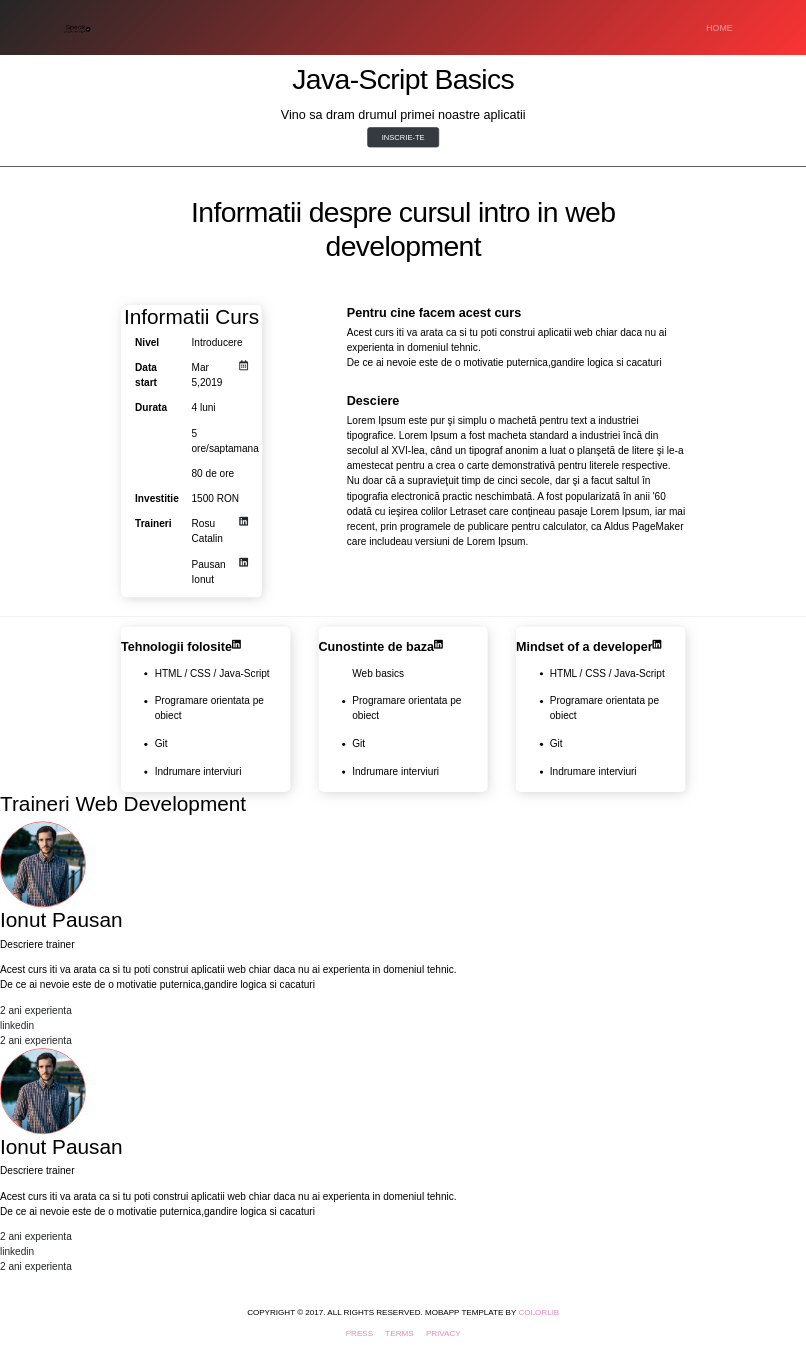
Repository: RosuCatalinDorin/ITSchool
Page: detaliiCurs/views/detalii-curs.html
These files come from the project's save history. The page is drawn as it stood at one moment and after the next save; the edit follows.
The browser window is 1280 px wide. The pictures show the whole page, at 63% of full size.
Some web libraries are served in a nearby version.

Above is the page before, as saved 2019-03-12 07:58:58.

After the next save:
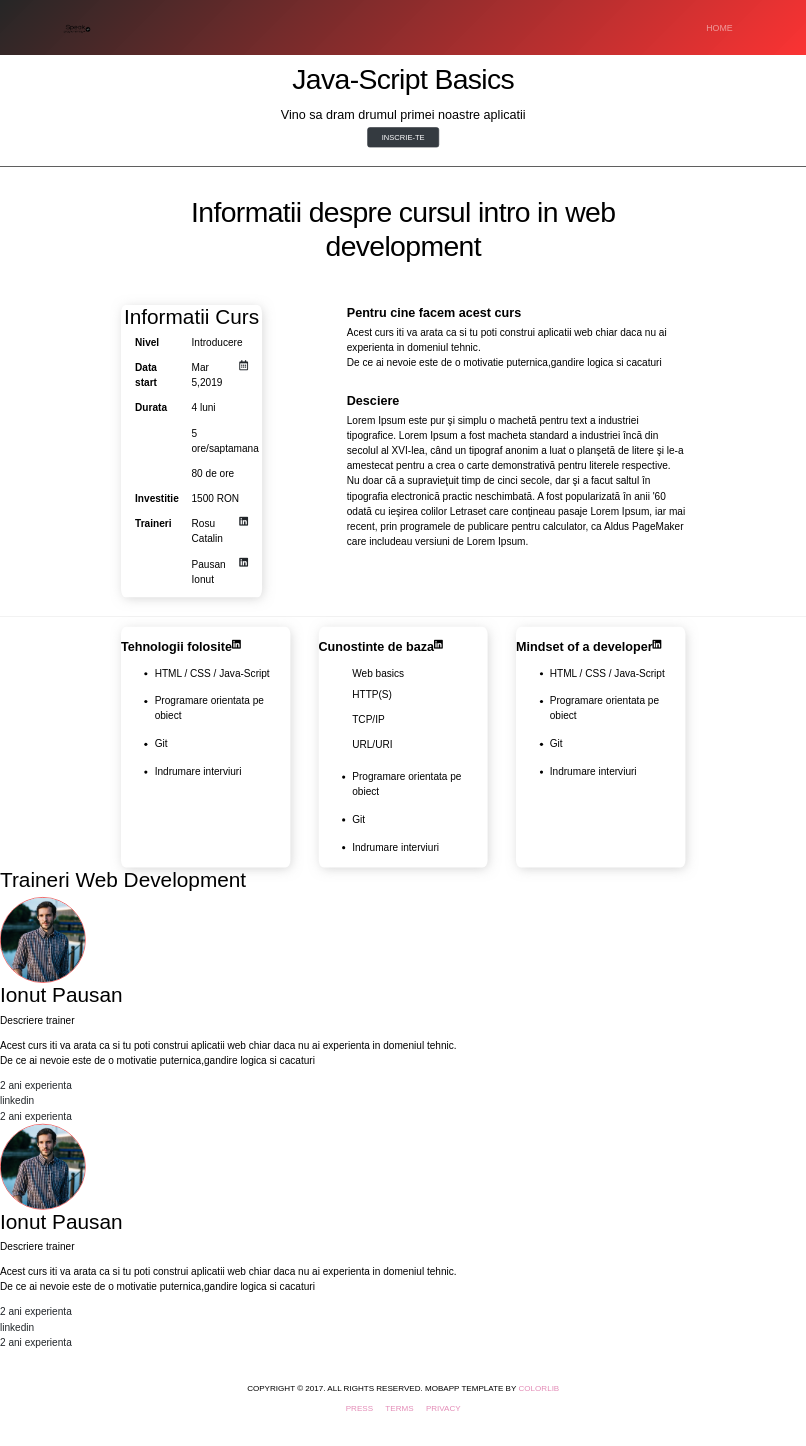
Saved 30 s later.
--- a/detaliiCurs/views/detalii-curs.html
+++ b/detaliiCurs/views/detalii-curs.html
@@ -162,7 +162,14 @@
             <i class="fab fa-linkedin"></i>
         </header>
         <ul class="lista-programa-curs">
-            <li class="web-basics">Web basics</li>
+            <div>
+                <li class="web-basics">Web basics</li>
+                <div>
+                    <p>HTTP(S)</p>
+                    <p>TCP/IP</p>
+                    <p>URL/URI</p>
+                </div>
+            </div>
             <li>Programare orientata pe obiect</li>
             <li>Git</li>
             <li>Indrumare interviuri</li>
